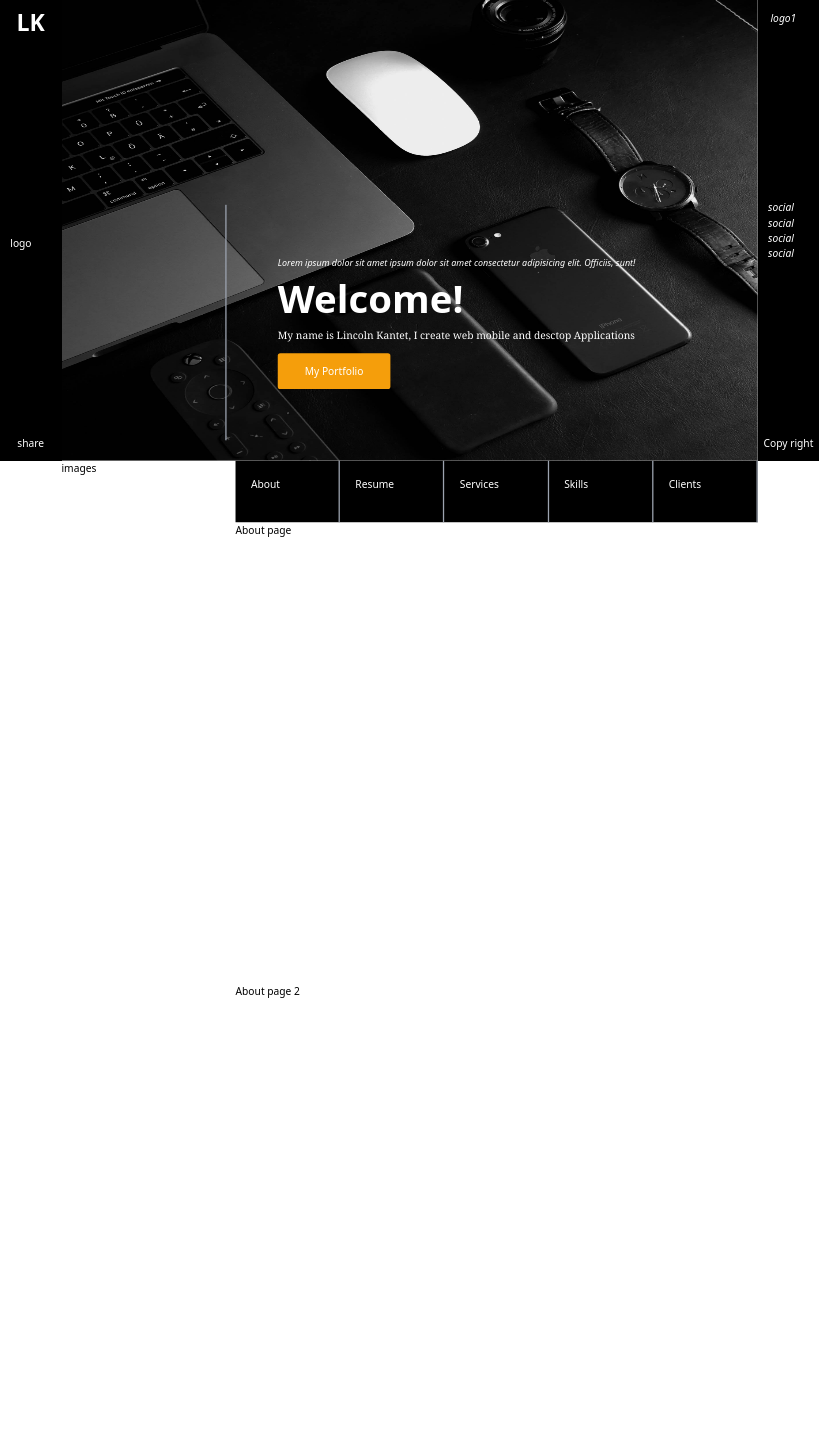
Repository: linco6054/template-tailwindcss
Page: index.html
The author's editor kept a copy of each file at every save. The page is drawn from the files as they stood at one save, then again after the next save.
The browser window is 1280 px wide. The pictures show the whole page, at 64% of full size.

Above is the page before, as saved 2021-08-17 17:57:50.

After the next save:
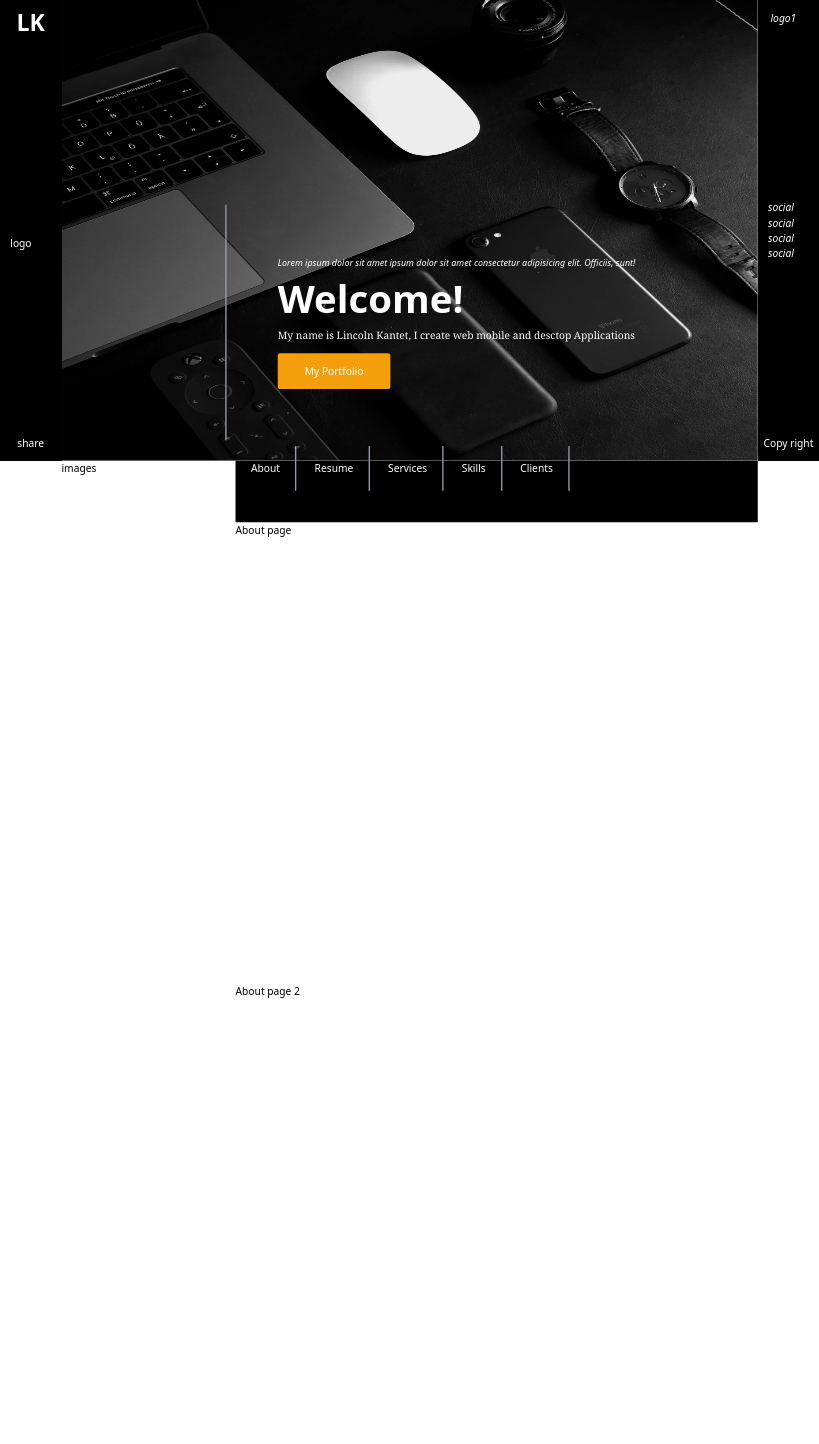
Saved 56 s later.
--- a/index.html
+++ b/index.html
@@ -69,7 +69,7 @@
       <div class="h-auto relative flex ">
         <div class="w-1/3 hidden md:block">images</div>
         <div class="w-full">
-          <nav class="text-white sticky top-24 h-24 bg-black w-full flex ">
+          <nav class="text-white sticky top-24 h-24 bg-black w-full flex hidden md:block">
               <a class="flex-1 h-24  p-6 border-r-2 border-gray-400" href="about"> About</a>
               <a class="flex-1 h-24 p-6 border-r-2 border-gray-400" href="about">Resume</a>
               <a class="flex-1 h-24 p-6 border-r-2 border-gray-400" href="about">Services</a>
